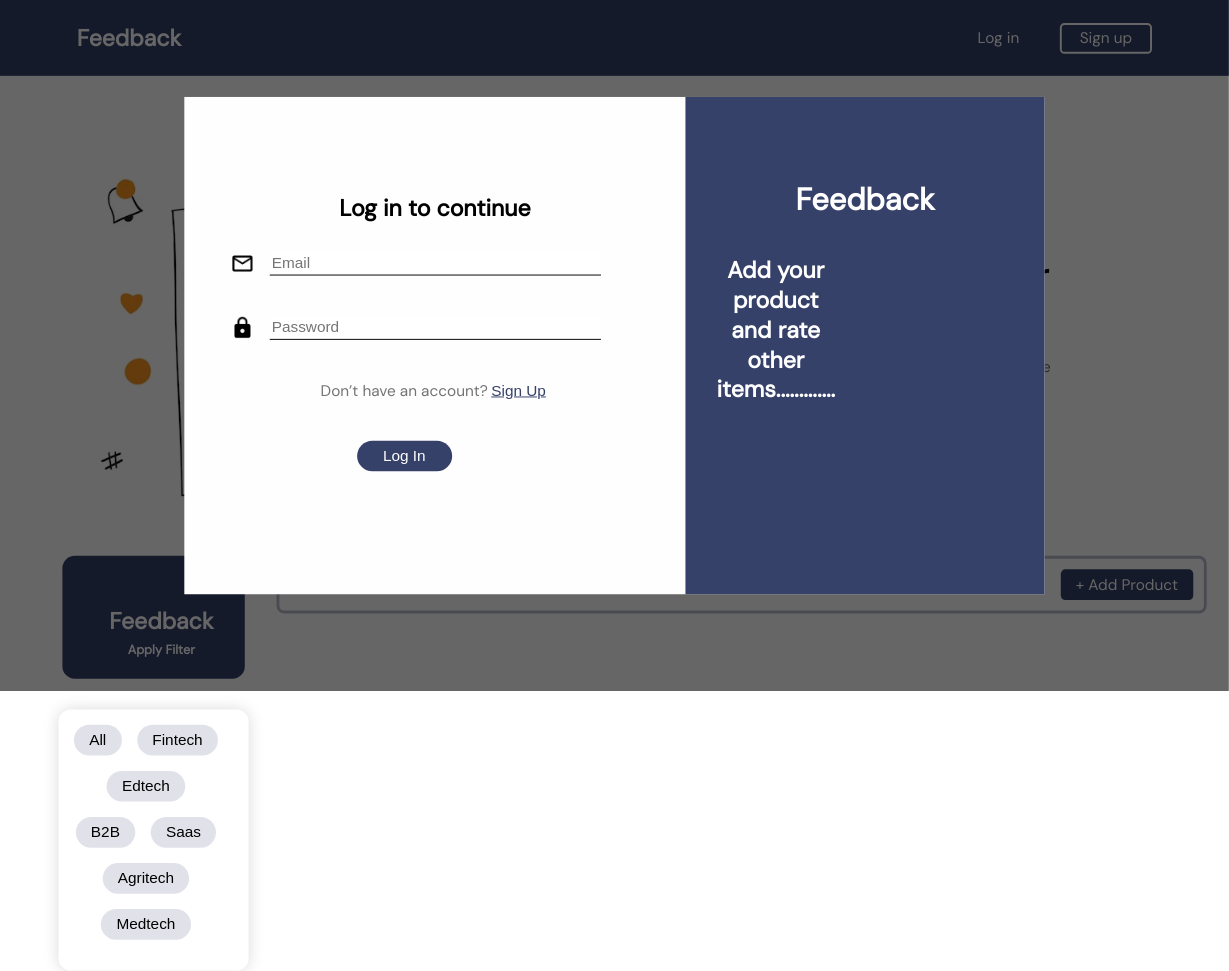
Repository: drumsmanku/final-evaluation-test
Page: / (app in client/), after clicking the first element matching `button.btn-main-page-login`
These files come from the project's save history. The page is drawn as it stood at one moment and after the next save; the edit follows.
The browser window is 1280 px wide. The pictures show the whole page, at 96% of full size.
The page's requests for data from a server got no answer. The project was rebuilt for these pictures with package versions that can differ from the ones it lists, and the page was loaded fresh each time. No one was signed in, and anything a server would have sent is missing. Also part of the build but not shown: client/src/Components/SignupPopUp.js, client/src/Components/AddProductPopUp.js, client/src/Components/SignUp.js, client/src/Components/Login.js.

Above is the page before, as saved 2023-07-30 15:06:55.

### client/src/App.js
import './App.css';
import { BrowserRouter as Router, Route, Routes} from 'react-router-dom';
import MainPage from './Components/MainPage';
import SignUp from './Components/SignUp';
import Login from './Components/Login';
function App() {
  const timestamp = new Date().getTime();
  return (
    <div className="App">
      <Router>
        <Routes>
          <Route path='/' element={<MainPage key={timestamp}/>}/>
          <Route path='/signup' element={<SignUp/>}/>
          <Route path='/login' element={<Login/>}/>
        </Routes>
      </Router>
    </div>
  );
}

export default App;

### client/src/CSS/MainPage.css
@import url('https://fonts.googleapis.com/css2?family=DM+Sans&display=swap');

body{
  font-family: 'DM Sans';
}
.main-container{
  height: 100vh;
  width: 100vw;
  display: flex;
  flex-direction: column;

}
.main-top-container{
  width: 100%;
}
.btn-main-page-login{
  height: 2rem;
  width: 6rem;
  font-weight: 500;
  font-size: medium ;
  background: none;
  border: none;
  border-radius: 0.3rem;
  margin-left: 1rem;
  margin-bottom:0;
  color: white;
  font-family: 'DM Sans';
  cursor: pointer;
}
.btn-main-page-register{
  height: 2rem;
  width: 6rem;
  font-size: medium;
  font-weight: 500;
  background-color: #36416A;
  border: 2px solid white;
  border-radius: 0.3rem;
  margin-left: 1rem;
  margin-bottom:0;
  color: white;
  font-family: 'DM Sans';
  cursor: pointer;
}
.navbar{
  width: 100%;
  background-color: #36416A;
}
.title-desc{
  width: 100%;
  display: flex;
  align-items: center;
  justify-content: space-around;

}
.bottom-left{
  width: 20%;
  display: flex;
  flex-direction: column;
  align-items: center;
  margin-left: 2rem;

}
.bottom-right{
  width: 75%;
}
.main-bottom-container{
  width:100%;
  display: flex;
}
.bottom-top-right{
  width: 98%;
  display: flex;
  justify-content: space-between;
  border: 3px solid #36416A59;
  padding: 0.7rem;
  border-radius: 0.5rem;

}
.add-product-button{
  height: 2rem;
  font-size: medium;
  font-weight: 500;
  background-color: #36416A;
  border:none;
  border-radius: 0.3rem;
  margin-left: 1rem;
  margin-bottom:0;
  color: white;
  font-family: 'DM Sans';
  cursor: pointer;
  padding-left: 1em;
  padding-right: 1em;
}
.product-cards{
  width: 100%;
  display: flex;
  padding-top: 2rem;
  flex-direction: column;
}
.card-main-info{
  width: 100%;
  display: flex;
  flex-direction: column;
}
.comments-button{
  color: #ABABAB;
  border: none;
  outline: none;
  background: none;
  font-size: small;
  letter-spacing: 0.1rem;
  display:flex;
  align-items: center;
  cursor: pointer;
}
.upvotes{
  width: 10%;
  background-color: brown;
  display: flex;
  flex-direction: column;
  align-items: center;
}

### client/src/Components/LoginPopUp.js
import React, {useState, useEffect} from 'react';
import { useNavigate } from 'react-router-dom';
import '../CSS/LoginPopUp.css';
import axios from 'axios';
import name from '../Assets/name.png'
import mobile from '../Assets/mobile.png'
import email from '../Assets/email.png'
import password from '../Assets/password.png'

function LoginPopUp({ closeModal, showLoginModal }) {

  const handleClickOutside = (event) => {
    event.stopPropagation();
    closeModal();
  };

  const handleClickInside = (event) => {
    event.stopPropagation();
  };
  const navigate = useNavigate();
  const [user, setUser] = useState({
    email: '',
    password: '',
  });

  const handleChange = e => {
    setUser({
      ...user,
      [e.target.name]: e.target.value
    });
  };
  const login = (event) => {
    event.preventDefault();
    axios.post('http://localhost:4000/login', user)
      .then(res => {
        localStorage.setItem('token', res.data.jwtToken);
        localStorage.setItem('user', res.data.name);
        const tokenData=localStorage.getItem('token')
        if(tokenData!=='undefined') {
          navigate('/');
          window.location.reload()
        }
        else{

        }


      })
      .catch(err => console.log(err));
  };
  return (
    <div className="login-popup-container">
      <header className="login-popup-header">

        {showLoginModal && (
          <div className="modal-login" style={{ display: 'flex', justifyContent: 'center', alignItems: 'center', height: '100vh' }} onClick={handleClickOutside}>
            <div className="modal-login-content" onClick={handleClickInside}>

              <div className="modal-login-body">

              <form className='modal-login-body-left'>
              <h2>Log in to continue</h2>

                <div style={{display:'flex', width:'100%', marginBottom:'2rem'}}>
                  <img src={email} height={25} alt="" />
                  <input type="email" name="email" value={user.email} onChange={handleChange} placeholder="Email"/>
                </div>



                <div style={{display:'flex', width:'100%', marginBottom:'2rem'}}>
                  <img src={password} height={25} alt="" />
                  <input type="password" name="password" value={user.password} onChange={handleChange} placeholder="Password" />
                </div>

                <span style={{color:'#737373'}}>Don’t have an account?<button style={{background:'none', color:'#36416A', fontSize:'medium', marginLeft:0, padding:0, width:'4rem', cursor:'pointer', border:'none', textDecoration:'underline'}} onClick={()=>{navigate('/signup')}}>Sign Up</button></span>

                <div style={{width:'85%'}}>
                  <button className='login-button' type="submit" style={{ cursor:'pointer'}} onClick={login}>Log In</button>
                </div>

              </form>
                <div className="modal-login-body-right">
                  <h1 style={{fontSize:'xx-large'}}>Feedback</h1>
                  <h1 style={{fontSize:'x-large', width:'40%'}}>Add your product and rate other items.............</h1>
                </div>
              </div>
            </div>
          </div>
        )}
      </header>
    </div>
  );
}

export default LoginPopUp

### client/src/CSS/SignUp.css

.signup-container{
  width: 100vw;
  height: 100vh;
  display: flex;
  flex-direction: column;
  justify-content: center;
  align-items: center;
  background-color: #36416A;
}
.headings{
  color: white;
  margin-bottom: 2rem;
}
.signup-container form{
  width: 50%;
  display: flex;
  flex-direction: column;
  background-color: white;
  padding: 3rem;
  padding-bottom: 1rem;
  box-shadow: 0 0 17px #00000040;
  border-radius: 1.5rem;
}
.signup-container input[type='text'], [type='password'], [type='email']{
  border-bottom: 1px solid black;
  width: 80%;
  margin-left: 1rem;
  border-top: none;
  border-left: none;
  border-right: none;
}
.signup-container input:focus{
  outline: none;
}
.signup-button{
  padding-left: 1.7rem;
  padding-right: 1.7rem;
  color: white;
  height: 2rem;
  font-size: medium;
  border-radius: 1rem;
  border: none;
  background-color: #36416A;
  margin-top: 2rem;
}

### client/src/CSS/Login.css

.login-container{
  width: 100vw;
  height: 100vh;
  display: flex;
  flex-direction: column;
  justify-content: center;
  align-items: center;
  background-color: #36416A;
}
.login-headings{
  color: white;
  margin-bottom: 2rem;
}
.login-container form{
  width: 50%;
  display: flex;
  flex-direction: column;
  background-color: white;
  padding: 3rem;
  padding-bottom: 1rem;
  box-shadow: 0 0 17px #00000040;
  border-radius: 1.5rem;
}
.login-container input[type='text'], [type='password'], [type='email']{
  border-bottom: 1px solid black;
  width: 80%;
  margin-left: 1rem;
  border-top: none;
  border-left: none;
  border-right: none;
}
.login-container input:focus{
  outline: none;
}
.login-button{
  padding-left: 1.7rem;
  padding-right: 1.7rem;
  color: white;
  height: 2rem;
  font-size: medium;
  border-radius: 1rem;
  border: none;
  background-color: #36416A;
  margin-top: 2rem;
}

### client/src/CSS/LoginPopUp.css
.modal-login {
  position: fixed;
  z-index: 1;
  left: 0;
  top: 0;
  width: 100%;
  height: 100%;
  background-color: rbga(0,0,0,0.4);
  background-color: rgb(0,0,0);
  background-color: rgba(0,0,0,0.6);
}

.modal-login-content {
  background-color: #fefefe;
  margin: 15% auto;
  width: 70%;
}


.modal-login-body{
  display: flex;
}
.modal-login-body-left {
  display: flex;
  width: 55%;
  padding: 5rem 3rem 8rem 3rem;
  flex-direction: column;
  gap: 10px;
}
.modal-login-body-right{
  display: flex;
  flex-direction: column;
  width: 40%;
  color: white;
  padding: 4rem 2rem;
  background-color: #36416A;
}

.modal-login-body-left form{
  width: 50%;
  display: flex;
  flex-direction: column;
  background-color: white;


  box-shadow: 0 0 17px #00000040;
  border-radius: 1.5rem;
}
.modal-login-body-left input[type='text'], [type='password'], [type='email']{
  border-bottom: 1px solid black;
  width: 80%;
  margin-left: 1rem;
  border-top: none;
  border-left: none;
  border-right: none;
}
.close {
  color: #aaa;
  float: right;
  font-size: 28px;
  font-weight: bold;
}

.close:hover,
.close:focus {
  color: black;
  text-decoration: none;
  cursor: pointer;
}

### client/src/CSS/SignupPopUp.css
.modal-signup {
  position: fixed;
  z-index: 1;
  left: 0;
  top: 0;
  width: 100%;
  height: 100%;
  background-color: rbga(0,0,0,0.4);
  background-color: rgb(0,0,0);
  background-color: rgba(0,0,0,0.6);
}

.modal-content {
  background-color: #fefefe;
  margin: 15% auto;
  width: 70%;
}


.modal-body{
  display: flex;
}
.modal-body-left {
  display: flex;
  width: 55%;
  padding: 3rem 3rem;
  flex-direction: column;
  gap: 10px;
}
.modal-body-right{
  display: flex;
  flex-direction: column;
  width: 40%;
  color: white;
  padding: 4rem 2rem;
  background-color: #36416A;
}

.modal-body-left form{
  width: 50%;
  display: flex;
  flex-direction: column;
  background-color: white;
  padding: 3rem;
  padding-bottom: 1rem;
  box-shadow: 0 0 17px #00000040;
  border-radius: 1.5rem;
}
.modal-body-left input[type='text'], [type='password'], [type='email']{
  border-bottom: 1px solid black;
  width: 80%;
  margin-left: 1rem;
  border-top: none;
  border-left: none;
  border-right: none;
}
.close {
  color: #aaa;
  float: right;
  font-size: 28px;
  font-weight: bold;
}

.close:hover,
.close:focus {
  color: black;
  text-decoration: none;
  cursor: pointer;
}
.signup-popup-button{
  padding-left: 1.7rem;
  padding-right: 1.7rem;
  color: white;
  height: 2rem;
  font-size: medium;
  border-radius: 1rem;
  border: none;
  background-color: #36416A;
  margin-top: 2rem;
}

### client/src/CSS/AddProductPopUp.css
.modal-add {
  position: fixed;
  z-index: 1;
  left: 0;
  top: 0;
  width: 100%;
  height: 100%;
  background-color: rbga(0,0,0,0.4);
  background-color: rgb(0,0,0);
  background-color: rgba(0,0,0,0.6);
}

.modal-add-content {
  background-color: #fefefe;
  margin: 15% auto;
  width: 70%;
}


.modal-add-body{
  display: flex;
}
.modal-add-body-left {
  display: flex;
  width: 55%;
  padding: 3rem 3rem 6rem 3rem;
  flex-direction: column;
  gap: 10px;
}
.modal-add-body-right{
  display: flex;
  flex-direction: column;
  width: 40%;
  color: white;
  padding: 4rem 2rem;
  background-color: #36416A;
}

.modal-add-body-left form{
  width: 50%;
  display: flex;
  flex-direction: column;
  background-color: white;


  box-shadow: 0 0 17px #00000040;
  border-radius: 1.5rem;
}
.modal-add-body-left input[type='text'], [type='password'], [type='email']{
  border-bottom: 1px solid black;
  width: 80%;
  margin-left: 1rem;
  border-top: none;
  border-left: none;
  border-right: none;
  font-size: medium;
}
.close {
  color: #aaa;
  float: right;
  font-size: 28px;
  font-weight: bold;
}

.close:hover,
.close:focus {
  color: black;
  text-decoration: none;
  cursor: pointer;
}

Loaded but not shown: client/public/index.html (common file); client/src/index.js (common file); client/src/index.css (common file); client/src/App.css (common file); client/src/Components/MainPage.js (189 lines, source omitted)

After the next save:
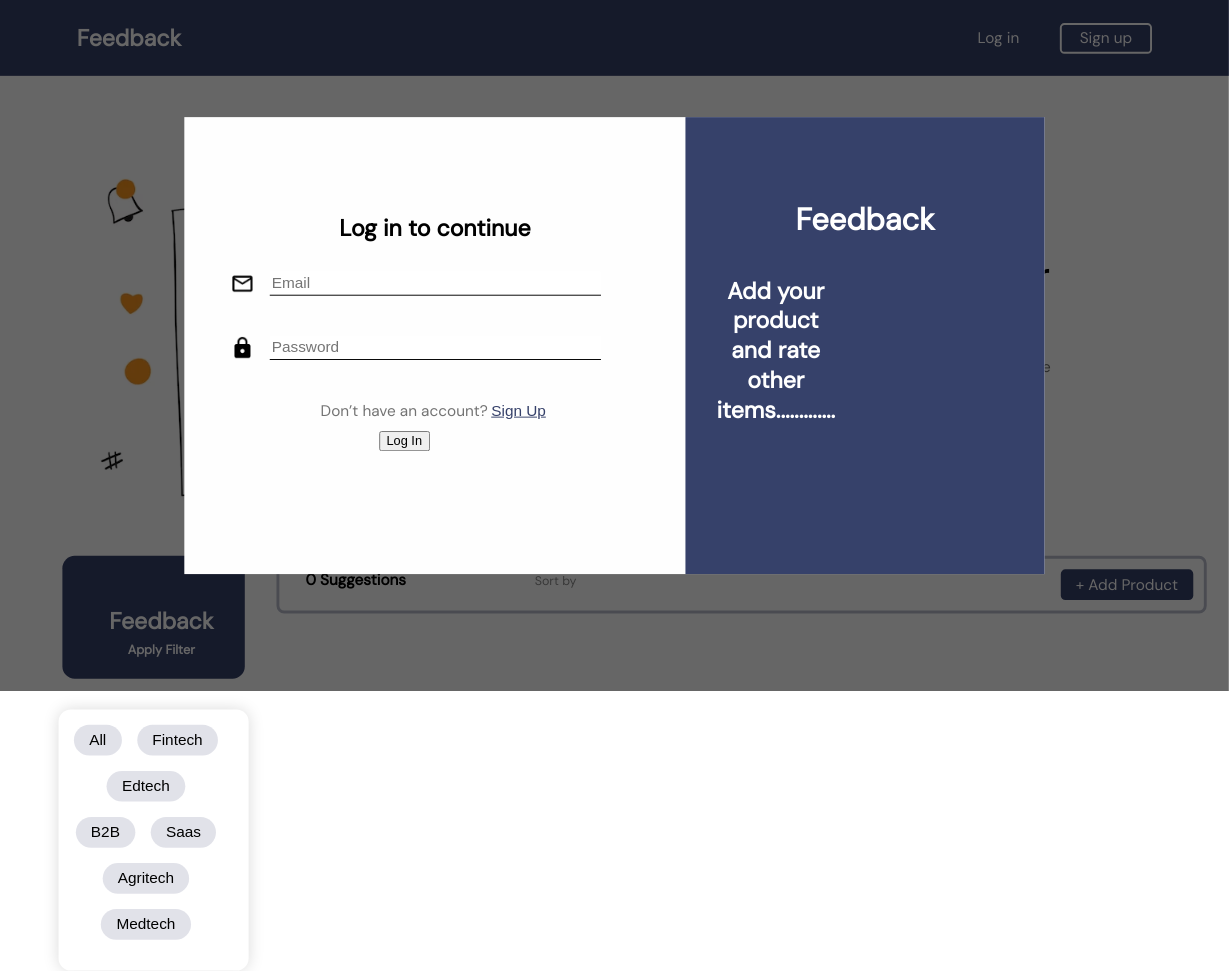
Saved 13 s later.
--- a/client/src/Components/LoginPopUp.js
+++ b/client/src/Components/LoginPopUp.js
@@ -76,7 +76,7 @@ function LoginPopUp({ closeModal, showLoginModal }) {
                 <span style={{color:'#737373'}}>Don’t have an account?<button style={{background:'none', color:'#36416A', fontSize:'medium', marginLeft:0, padding:0, width:'4rem', cursor:'pointer', border:'none', textDecoration:'underline'}} onClick={()=>{navigate('/signup')}}>Sign Up</button></span>
 
                 <div style={{width:'85%'}}>
-                  <button className='login-button' type="submit" style={{ cursor:'pointer'}} onClick={login}>Log In</button>
+                  <button className='login-popup-button' type="submit" style={{ cursor:'pointer'}} onClick={login}>Log In</button>
                 </div>
 
               </form>

After the save that followed:
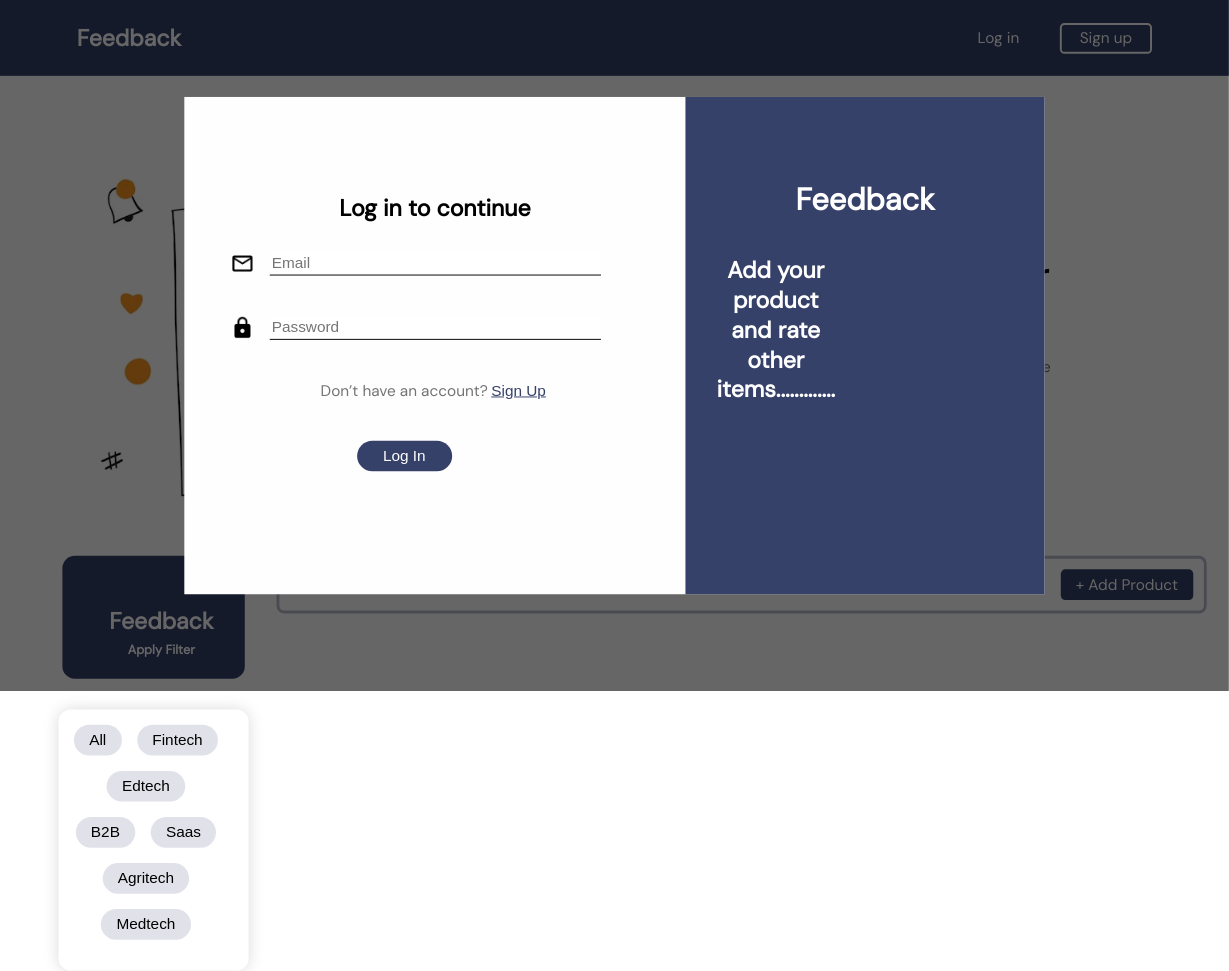
Saved 15 s later.
--- a/client/src/CSS/LoginPopUp.css
+++ b/client/src/CSS/LoginPopUp.css
@@ -67,3 +67,14 @@
   text-decoration: none;
   cursor: pointer;
 }
+.login-popup-button{
+  padding-left: 1.7rem;
+  padding-right: 1.7rem;
+  color: white;
+  height: 2rem;
+  font-size: medium;
+  border-radius: 1rem;
+  border: none;
+  background-color: #36416A;
+  margin-top: 2rem;
+}
